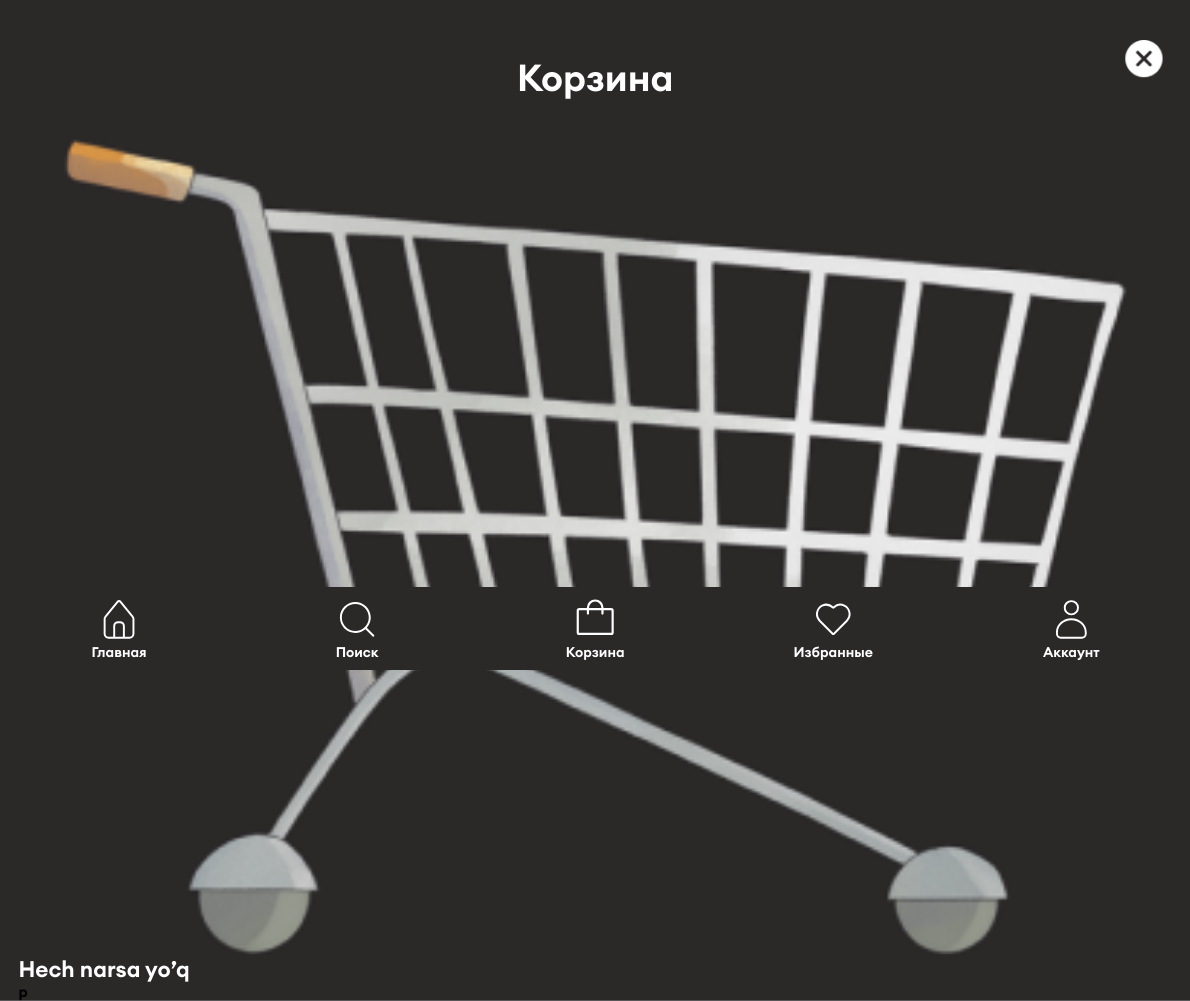
Repository: muslmoney/click-miniapp
Page: /cart
These files come from the project's save history. The page is drawn as it stood at one moment and after a run of saves; the edit follows.
The browser window is 1280 px wide. The pictures show the whole page, at 93% of full size.
The project was rebuilt for these pictures with package versions that can differ from the ones it lists, and the page was loaded fresh each time. Also part of the build but not shown: vite.config.js, src/components/ProductCard/productCard.module.css, src/components/ProductCard/ProductCard.jsx.

Above is the page before, as saved 2025-02-02 00:55:08.

### index.html
<!doctype html>
<html lang="en">
<head>
  <meta charset="UTF-8" />
  <meta http-equiv="X-UA-Compatible" content="IE=edge" />
  <meta name="description" content="Non Bor" />
  <meta name="keywords" content="Non Bor" />
  <meta name="author" content="Non Bor" />
  <!-- <meta http-equiv="refresh" content="30"> -->
  <meta property="og:title" content="Non Bor">
  <meta property="og:description" content="Non Bor">
  <meta property="og:image" content="/logo_bread.png">
  <meta property="og:url" content="https://non-bor.netlify.app/">
  <meta name="viewport" content="width=device-width, initial-scale=1.0" />
  <link rel="icon" type="image/png" href="/logo_bread.png" />
  <title>Non Bor</title>
</head>

<body>
  <div id="root"></div>
  <script type="module" src="/src/main.jsx"></script>
</body>

</html>

### src/main.jsx
import React, { Suspense, lazy, StrictMode } from 'react';
import { createRoot } from 'react-dom/client';
import { createBrowserRouter, RouterProvider, Navigate } from 'react-router-dom';
import './index.css';
import App from './App.jsx'
import { CartProvider } from './context/Context.jsx';
const Home = lazy(() => import("./pages/Home/Home.jsx"));
const Cart = lazy(() => import("./pages/Cart/Cart.jsx"));
const Favorites = lazy(() => import('./pages/Favorites/Favorites.jsx'));
const Search = lazy(() => import('./pages/Search/Search.jsx'));
const User = lazy(() => import('./pages/User/User.jsx'));

const router = createBrowserRouter([
  {
    path: "/",
    element: <App />,
    children: [
      { index: true, element: <Navigate to="home" replace /> },
      {
        path: 'home',
        element: <Home />
      },
      {
        path: 'cart',
        element: <Cart />
      },
      {
        path: 'favorites',
        element: <Favorites />
      },
      {
        path: 'search',
        element: <Search />
      },
      {
        path: 'user',
        element: <User />
      },
      { path: '*', element: <div>404 - Page Not Found</div> },
    ],
  },
]);

class ErrorBoundary extends React.Component {
  state = { hasError: false };

  static getDerivedStateFromError() {
    return { hasError: true };
  }

  componentDidCatch(error, info) {
    console.error("Error caught:", error, info);
  }

  render() {
    if (this.state.hasError) {
      return <div>Something went wrong!</div>;
    }
    return this.props.children;
  }
}


createRoot(document.getElementById('root')).render(
  <StrictMode>
    <CartProvider>
      <Suspense fallback={<div>Loading...</div>}>
        <RouterProvider router={router} />
      </Suspense>
    </CartProvider>
  </StrictMode>
);

### src/index.css
:root {
  --color-default-white: #fff;
  --color-default-bg: #2B2828;
  --color-default-blue: #023EF3;
  --color-button-bg-blue:#3866E8;
  --color-text-gray:#ADA4A4;
  --color-button-bg-gray:#565454;
}

* {
  font-family: 'Euclid Circular A', sans-serif;
  scroll-behavior: smooth;
  padding: 0;
  margin: 0;
  box-sizing: border-box;
}

.container {
  width: 100%;
  margin: 0 auto;
  max-width: 700px;
}


picture,
img,
svg {

  display: block;
  width: 100%;
  height: auto;
}

a,
span,
button,
label,
input,
textarea {
  display: inline-block;
  font-family: inherit;
  color: inherit;
  font-weight: inherit;
}

a,
button,
label,
textarea,
li {
  list-style: none;
  text-decoration: none;
  cursor: pointer;
}

q::after,
q::before {
  content: '';
}

#root {
  display: flex;
  flex-direction: column;
  justify-content: space-between;
}

#root>* {
  flex-shrink: 0;
}

#root>main {
  flex-grow: 1;
}

h1,
h2,
h3,
h4,
h5,
h6,
p,
button,
a {
  font-weight: inherit;
  color: var(--color-default-white);
}

### src/App.jsx
import React, { useEffect } from "react";
import "./App.css";
import Header from "./layout/Header/Header.jsx";
import Footer from "./layout/Footer/Footer.jsx";
import "/public/fonts/fonts.css";
import { BrowserRouter as Router, Routes, Outlet, useLocation, useNavigate } from "react-router-dom";

const App = () => {
  const navigate = useNavigate();
  const { pathname } = useLocation();

  useEffect(() => {
    if (pathname === "/") {
      navigate("/home");
    }
  }, [pathname, navigate]);

  return (
    <>
      <header>
        <Header />
      </header>

      <main>
        <Outlet />
      </main>

      <footer>
        <Footer />
      </footer>
    </>
  );
};

export default App;

### src/context/Context.jsx
import React, { createContext, useState, useEffect, useContext } from 'react';

const CartContext = createContext();
const FavoriteContext = createContext();

export const useCart = () => useContext(CartContext);
export const useFavorites = () => useContext(FavoriteContext);

export const CartProvider = ({ children }) => {
  // Загрузка корзины из LocalStorage при старте

  const loadCartFromLocalStorage = () => {
    const storedCart = localStorage.getItem('cartClick');
    return storedCart ? JSON.parse(storedCart) : [];
  };

  const [cart, setCart] = useState(loadCartFromLocalStorage());
  const [favorites, setFavorites] = useState([]);
  useEffect(() => {
    console.log(cart); // Логируем состояние корзины
    localStorage.setItem('cartClick', JSON.stringify(cart));
  }, [cart]);


  // Добавить товар в корзину
  const addToCart = (product) => {
    setCart((prevCart) => {
      // Проверяем, есть ли товар в корзине
      const existingProduct = prevCart.find((item) => item.id === product.id);
      if (existingProduct) {
        // Если товар есть, увеличиваем его количество
        return prevCart.map((item) =>
          item.id === product.id
            ? { ...item, quantity: item.quantity + 1 }
            : item
        );
      } else {
        // Если товара нет в корзине, добавляем его
        return [...prevCart, { ...product, quantity: 1 }];
      }
    });
  };

  // Удалить товар из корзины
  const removeFromCart = (productId) => {
    setCart((prevCart) => prevCart.filter((product) => product.id !== productId));
  };

  // Изменить количество товара в корзине
  const changeQuantity = (productId, quantity) => {
    if (quantity <= 0) return; // Предотвращаем количество меньше 1
    setCart((prevCart) => {
      return prevCart.map((product) =>
        product.id === productId ? { ...product, quantity } : product
      );
    });
  };

  // Добавить товар в избранное
  const addToFavorites = (product) => {
    setFavorites((prevFavorites) => {
      if (!prevFavorites.some((item) => item.id === product.id)) {
        return [...prevFavorites, product]; // Добавляем товар в избранное, если его там нет
      }
      return prevFavorites; // Товар уже в избранном, не добавляем
    });
  };

  // Удалить товар из избранного
  const removeFromFavorites = (productId) => {
    setFavorites((prevFavorites) =>
      prevFavorites.filter((product) => product.id !== productId)
    );
  };

  return (
    <CartContext.Provider value={{ cart, addToCart, removeFromCart, changeQuantity }}>
      <FavoriteContext.Provider value={{ favorites, addToFavorites, removeFromFavorites }}>
        {children}
      </FavoriteContext.Provider>
    </CartContext.Provider>
  );
};

### src/pages/Cart/Cart.jsx
import React from 'react';
import { useCart } from '../../context/Context';
import styles from './cart.module.css';
import { InCart } from '../../components/ProductCard/ProductCard';

const Cart = () => {
  const { cart } = useCart();
  return (
    <div className={styles.container}>
      <h2 className={styles.title}>Корзина</h2>

      <div className={styles.cartItems}>
        {cart.length === 0 ? (
          <div>
<img src="/shoppingCart.png" alt="" />
<h2>
Hech narsa yo’q
</h2>
p

          </div>
) : (
          cart.map((product) => (
            <InCart
              key={product.id}
              img={product.img}
              price={product.price}
              salePrice={product.salePrice}
              title={product.title}
              id={product.id}
            />
          ))
        )}
      </div>
    </div>
  );
};

export default Cart;

### src/layout/Header/Header.jsx
import React from 'react'
import { RxCross2 } from "react-icons/rx";
import style from './header.module.css'
const Header = () => {
    return (
        <header className={style.header}>
            <div className='container'>
                <div className={style.header}>
                    <img className={style.cross} src="/cancel.png" alt="" />
                </div>
            </div>
        </header>
    )
}

export default Header

### src/layout/Footer/Footer.jsx
import React from 'react'
import styles from './footer.module.css'
import { CiSearch } from "react-icons/ci";
import { CiUser } from "react-icons/ci";
import { CiHeart } from "react-icons/ci";
import { PiBagLight } from "react-icons/pi";
import { CiHome } from "react-icons/ci";
import { Link } from 'react-router-dom';

const Footer = () => {
    return (
        <footer className='container'>
            <div className={styles.footer}>
                    <Link className={styles.a} to={'./home'}>
                        <CiHome className={styles.icon} />
                        <h2>Главная</h2>
                    </Link>
                    <Link className={styles.a} to={'./search'}>
                        <CiSearch className={styles.icon} />
                        <h2>
                            Поиск
                        </h2>

                    </Link>
                    <Link className={styles.a} to={'./cart'}>
                        <PiBagLight className={styles.icon} />
                        <h2>
                            Корзина
                        </h2>

                    </Link>
                    <Link className={styles.a} to={'./favorites'}>
                        <CiHeart className={styles.icon} />
                        <h2>
                            Избранные
                        </h2>

                    </Link>
                    <Link className={styles.a} to={'./user'}>
                        <CiUser className={styles.icon} />
                        <h2>
                            Аккаунт
                        </h2>

                    </Link>
            </div>
        </footer>
    )
}

export default Footer

### public/fonts/fonts.css


@font-face {
    font-family: 'Euclid Circular A';
    src: url(/fonts/Euclid\ Circular\ A\ SemiBold.ttf);
    font-weight: 600;
    font-style: normal;
}

### src/pages/Cart/cart.module.css
.emptyCart {
    height: 80dvh;
    text-align: center;
    display: flex;
    flex-direction: column;
    align-items: center;
    justify-content: center;
    h2 {
        font-size: 36px;
        font-weight: 500;
        line-height: 43.57px;
        text-underline-position: from-font;
        text-decoration-skip-ink: none;

    }

    p {
        font-size: 24px;
        font-weight: 500;
        line-height: 29.05px;
        text-align: center;
        text-underline-position: from-font;
        text-decoration-skip-ink: none;
        color: var(--color-text-gray);

    }
}

.title {
    text-align: center;
    font-size: 40px;
    padding: 60px 0 42px 0;
    font-weight: 500;
    line-height: 48.41px;
    text-underline-position: from-font;
    text-decoration-skip-ink: none;

}

.container {
    padding: 0 clamp(5px, 2vw, 20px);
    background-color: var(--color-default-bg);

}
.list{

}
pon{

}

### src/layout/Header/header.module.css
.header{
    max-width: 700px;
    position: relative;
}

.cross{
    width: 50px;
    position: fixed;
    right: 25px;
    top: 38px;
    width: 50px;
    z-index: 10000;
    @media (max-width: 550px) {
        width: 35px;
        top: 18px;
    }
}

### src/layout/Footer/footer.module.css

.footer {
    display: flex;
    align-items: center;
    justify-content: space-around;
    position: fixed;
    bottom: 0;
    left: 0;
    width: 100%;
    padding: 10px 0 10px 0;
    background-color: var(--color-default-bg);
.a{
    width: 100%;

   h2{

       font-size: clamp(15px, 1vw, 24px);
   }
}
    a {
        display: flex;
        align-items: center;
        flex-direction: column;
    }
}


.icon {
    width: 50px;
}
@media (max-width: 550px) {
    .icon {
        width: 35px;
    }
}

Loaded but not shown: src/App.css (no stored copy; drawn as an empty file); src/pages/User/user.module.css (no stored copy; drawn as an empty file)

After the next 2 saves:
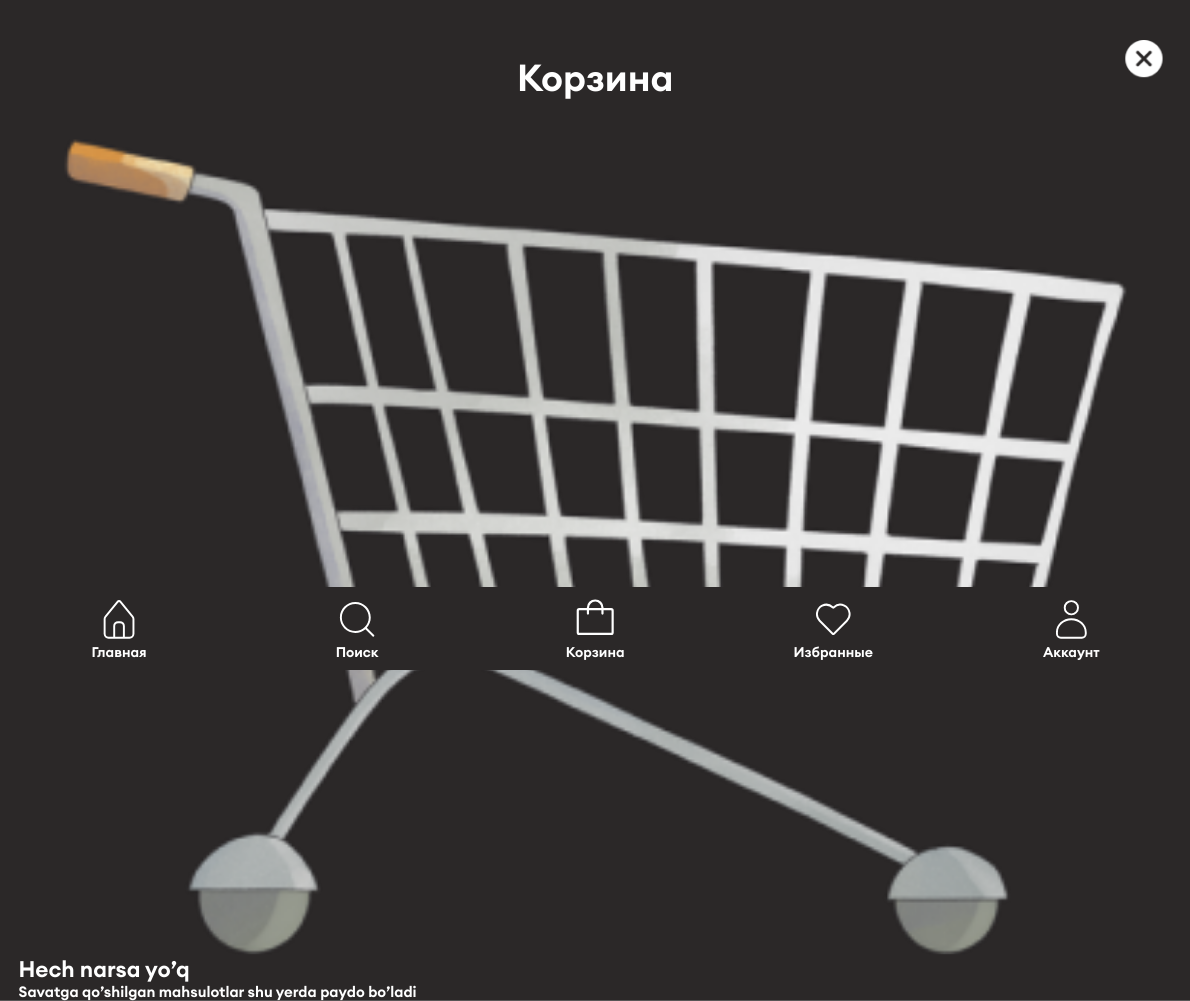
The 2 saves are shown as one change because they came seconds apart.
The last was saved 5 s later.
--- a/src/pages/Cart/Cart.jsx
+++ b/src/pages/Cart/Cart.jsx
@@ -12,14 +12,15 @@ const Cart = () => {
       <div className={styles.cartItems}>
         {cart.length === 0 ? (
           <div>
-<img src="/shoppingCart.png" alt="" />
-<h2>
-Hech narsa yo’q
-</h2>
-p
-
+            <img src="/shoppingCart.png" alt="" />
+            <h2>
+              Hech narsa yo’q
+            </h2>
+            <p>
+              Savatga qo’shilgan mahsulotlar shu yerda paydo bo’ladi
+            </p>
           </div>
-) : (
+        ) : (
           cart.map((product) => (
             <InCart
               key={product.id}
